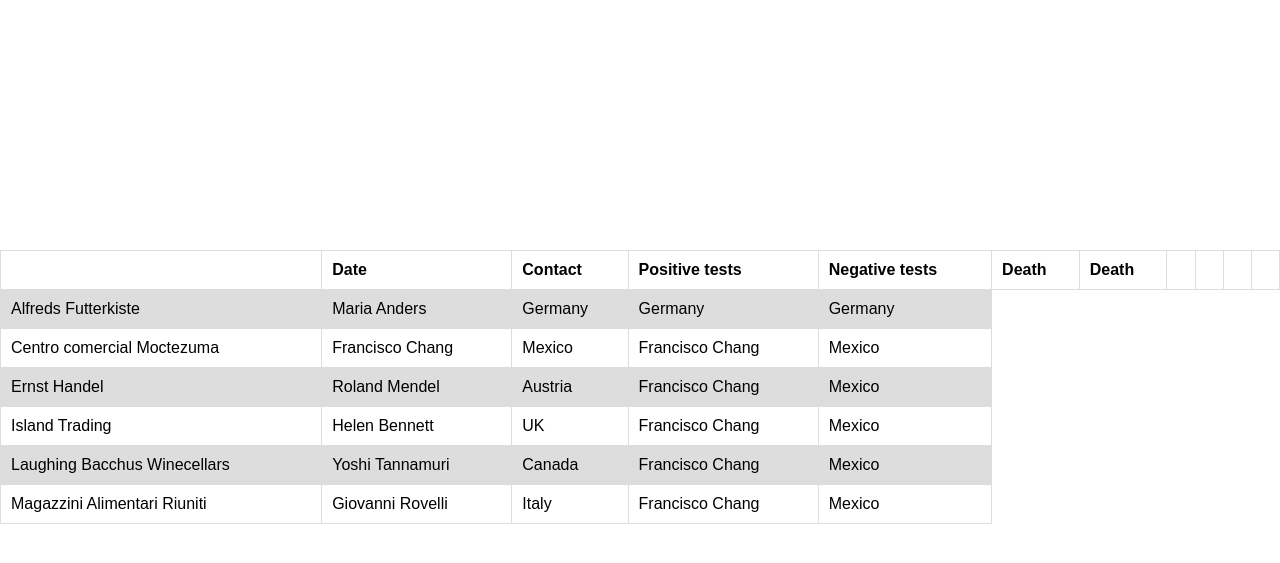
Repository: Seryozha02/ApiRequests
Page: index.html
An editor plug-in stored every save of this project. The page is shown before and after the next save, followed by the edit.
The browser window is 1280 px wide. The pictures show the whole page.

Above is the page before, as saved 2022-09-22 21:30:13.

### index.html
<!DOCTYPE html>
<html lang="en">
<head>
    <meta charset="UTF-8">
    <meta http-equiv="X-UA-Compatible" content="IE=edge">
    <meta name="viewport" content="width=device-width, initial-scale=1.0">
    <title>Request's</title>
    <link rel="stylesheet" href="style.css">
</head>
<body>
    <table class="requests">
        <th>
            <th>Date</th>
            <th>Contact</th>
            <th>Positive tests</th>
            <th>Negative tests</th>
            <th>Death</th>
        </th>
        <th>Death</th>
        <th></th>
        <th></th>
        <th></th>
        <th></th>
        <tr>
          <td>Alfreds Futterkiste</td>
          <td>Maria Anders</td>
          <td>Germany</td>
          <td>Germany</td>
          <td>Germany</td>
        </tr>
        <tr>
          <td>Centro comercial Moctezuma</td>
          <td>Francisco Chang</td>
          <td>Mexico</td>
          <td>Francisco Chang</td>
          <td>Mexico</td>
        </tr>
        <tr>
          <td>Ernst Handel</td>
          <td>Roland Mendel</td>
          <td>Austria</td>
          <td>Francisco Chang</td>
          <td>Mexico</td>
        </tr>
        <tr>
          <td>Island Trading</td>
          <td>Helen Bennett</td>
          <td>UK</td>
          <td>Francisco Chang</td>
          <td>Mexico</td>
        </tr>
        <tr>
          <td>Laughing Bacchus Winecellars</td>
          <td>Yoshi Tannamuri</td>
          <td>Canada</td>
          <td>Francisco Chang</td>
          <td>Mexico</td>
        </tr>
        <tr>
          <td>Magazzini Alimentari Riuniti</td>
          <td>Giovanni Rovelli</td>
          <td>Italy</td>
          <td>Francisco Chang</td>
          <td>Mexico</td>
        </tr>
      </table>
</body>
<script src="script.js"></script>
</html>

### style.css
* {
        margin: 0;
        padding: 0;
        box-sizing: border-box;
}

.requests {
    font-family: arial, sans-serif;
    border-collapse: collapse;
    width: 100%;
    margin-top: 250px;
  }

  td, th {
    border: 1px solid #dddddd;
    text-align: left;
    padding: 10px;

  }

  tr:nth-child(even) {
    background-color: #dddddd;
  }

Loaded but not shown: script.js (no copy from this time; the picture is the same without it)

After the next save:
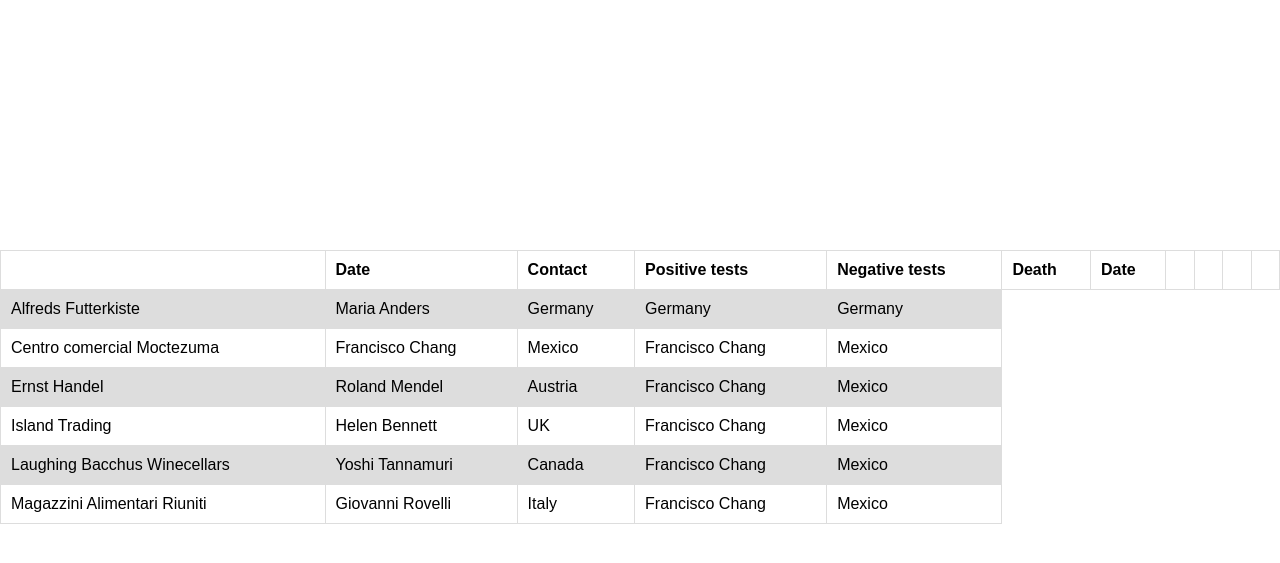
Saved 4 s later.
--- a/index.html
+++ b/index.html
@@ -16,7 +16,7 @@
             <th>Negative tests</th>
             <th>Death</th>
         </th>
-        <th>Death</th>
+        <th>Date</th>
         <th></th>
         <th></th>
         <th></th>
